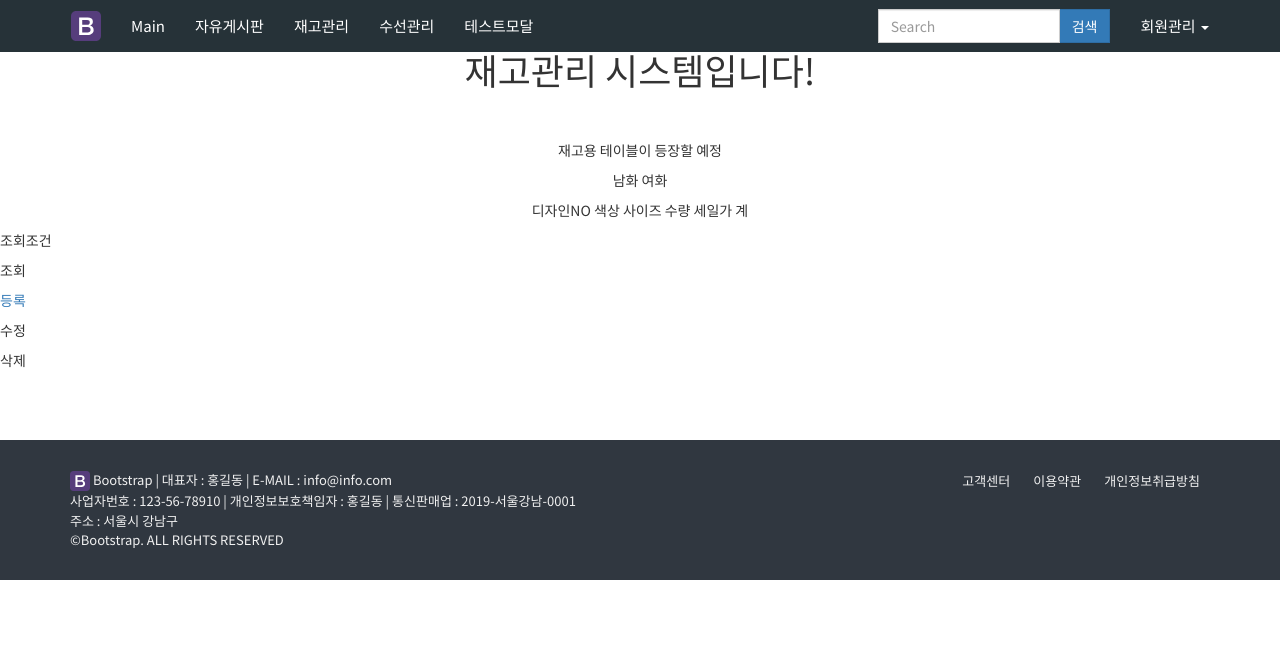
Repository: RattenLegs/Project_Inventory
Page: http://localhost/Project_Inventory/WEB-INF/views/inventoryboard/inventoryList.jsp
An editor plug-in stored every save of this project. The page is shown before and after the next save, followed by the edit.
The browser window is 1280 px wide. The pictures show the whole page.
Some web libraries are served in a nearby version. The page is served by Tomcat 9. Nobody is signed in. Other server files are loaded and not shown. The template is opened directly, without the code that normally fills it, so the values that code supplies are empty.

Above is the page before, as saved 2023-02-11 13:20:28.

### Project_Inventory/src/main/webapp/WEB-INF/views/inventoryboard/inventoryList.jsp
<%@ page language="java" contentType="text/html; charset=UTF-8"
	pageEncoding="UTF-8"%>
<!DOCTYPE html>
<html>
<head>
<meta charset="UTF-8">

<title>재고관리 시스템입니다.</title>
<%@ include file="../../views/include/header.jsp"%>
<link href="${pageContext.request.contextPath}/resources/modal/modal.css" rel="stylesheet">

</head>
<body>
	<section>
		<div style="text-align: center">
			<h1>재고관리 시스템입니다!</h1>
		</div>
	</section>
	<section>
		<div style="text-align: center">
			<p>재고용 테이블이 등장할 예정</p>
			<p>남화 여화</p>
			<p>디자인NO 색상 사이즈 수량 세일가 계</p>
		</div>

		<div>
			<p>조회조건</p>
			<p>조회</p>
			<p><a href="<c:url value='/inventoryboard/addInventory' />">등록</a></p>
			<p>수정</p>
			<p>삭제</p>
		</div>
	</section>
	<%@ include file="../../views/include/footer.jsp"%>
</body>

</html>

### Project_Inventory/src/main/webapp/WEB-INF/views/include/header.jsp
<%@ page language="java" contentType="text/html; charset=UTF-8"
	pageEncoding="UTF-8"%>
<%@ taglib uri="http://java.sun.com/jsp/jstl/core" prefix="c"%>

<!DOCTYPE html>
<html>
<head>

<meta charset="utf-8">
<meta http-equiv="X-UA-Compatible" content="IE=edge">
<meta name="viewport" content="width=device-width, initial-scale=1">

<!--
		${pageContext.request.contextPath} == <c:url value='' />
	 -->

<link
	href="${pageContext.request.contextPath}/resources/css/bootstrap.css"
	rel="stylesheet">
<script
	src="https://ajax.googleapis.com/ajax/libs/jquery/1.11.2/jquery.min.js"></script>
<!--개인 디자인 추가-->
<link href="${pageContext.request.contextPath}/resources/css/style.css"
	rel="stylesheet">
<script
	src="${pageContext.request.contextPath}/resources/js/bootstrap.js"></script>
</head>


<body>
	<header>
		<div class="container-fluid">
			<div class="row">
				<div class="container">
					<div class="navbar">
						<div class="navbar-header">
							<!--data-toggle 같은 것들은 내부적으로 지원하는 반응형 API기능이므로 지우면 안됩니다-->
							<button type="button" class="navbar-toggle"
								data-toggle="collapse" data-target="#myNavbar">
								<span class="icon-bar"></span> <span class="icon-bar"></span> <span
									class="icon-bar"></span>
							</button>
							<a class="navbar-brand" href="#"><img width="30"
								src="${pageContext.request.contextPath }/resources/img/logo.svg"
								alt="Brand"></a>
						</div>


						<div class="collapse navbar-collapse" id="myNavbar">
							<ul class="nav navbar-nav">
								<li class="active"><a href="<c:url value='/' />">Main</a></li>
								<li><a href="<c:url value='/freeboard/freeList' />">자유게시판</a></li>
								<li><a
									href="<c:url value='/inventoryboard/inventoryList' />">재고관리</a></li>
								<li><a href="<c:url value='/repairboard/repairList' />">수선관리</a></li>
								<li><a href="<c:url value='/testModal/testModalMain' />">테스트모달</a></li>
								<!--
				<li><a href="#">강의</a></li>
                                <li><a href="#">Form</a></li>
                                <li><a href="#">Board</a></li>
 				-->

							</ul>
							<ul class="nav navbar-nav navbar-right">
								<li class="dropdown"><a class="dropdown-toggle"
									data-toggle="dropdown" href="#">회원관리 <span class="caret"></span></a>
									<ul class="dropdown-menu">
										<li><a href="<c:url value='/user/userLogin' />"><span
												class="glyphicon glyphicon-log-in"></span>Login</a></li>
										<li><a href="<c:url value='/user/userJoin' />"><span
												class="glyphicon glyphicon-user"></span></a></li>
										<!--                                         <li><a href="#"><span class="glyphicon glyphicon-user"></span>MyPage</a></li> -->
										<li><a href="#"><span
												class="glyphicon glyphicon-log-out"></span>Logout</a></li>
									</ul></li>
							</ul>

							<form class="navbar-form navbar-right" action="">
								<div class="input-group">
									<input type="text" class="form-control" placeholder="Search">
									<div class="input-group-btn">

										<button class="btn btn-primary" type="submit">검색</button>
									</div>
								</div>
							</form>
						</div>
					</div>
				</div>
			</div>
		</div>
	</header>

### Project_Inventory/src/main/webapp/WEB-INF/views/include/footer.jsp
<%@ page language="java" contentType="text/html; charset=UTF-8"
    pageEncoding="UTF-8"%>
    <footer>
        <div class="container">
            <div class="row">
                <div class="col-md-7 col-sm-12">
                    <div class="copyright">
                        <a href="">
                            <img width="20" src="${pageContext.request.contextPath }/resources/img/logo.svg" alt="Brand">
                        </a>
                        Bootstrap | 대표자 : 홍길동 | E-MAIL : info&#64;info.com<br>
                        사업자번호 : 123-56-78910 | 개인정보보호책임자 : 홍길동 | 통신판매업 : 2019-서울강남-0001<br>
                        주소 : 서울시 강남구
                        <address>&copy;Bootstrap. ALL RIGHTS RESERVED</address>
                    </div>
                </div>
                <div class="col-md-5 col-sm-12 text-right">
                    <ul class="footer-menu">
                        <li><a href="#">고객센터</a></li>
                        <li><a href="#">이용약관</a></li>
                        <li><a href="#">개인정보취급방침</a></li>
                    </ul>
                </div>
            </div>
        </div>
    </footer>
    <!-- //footer -->

### Project_Inventory/src/main/webapp/resources/css/style.css
/*=========웹폰트 선언=========*/
@import
	url('https://fonts.googleapis.com/css?family=Noto+Sans+KR&display=swap')
	;
/*===========================*/

/*디자인 시작시 기본 선언*/
* { /* 기본선언: 마딩, 패딩 0, 요소크기에 padding, border값을 포함 x*/
	padding: 0;
	margin: 0;
	box-sizing: border-box;
}

body, html {
	width: 100%;
	min-width: 320px;
	font-family: 'Noto Sans KR', sans-serif; /*웹폰트 사용*/
}

img {
	max-width: 100%; /*사이즈가 변해도 넓이를 유지 */
	height: auto; /*사이즈가 변해도 높이를 유지 */
	/*vertical-align: top;*/
}

input, textarea, button, select {
	/*고유하게 적용되어있는 form관련 요소들을 제거해서 여러브라우저에서 동일한디자인을 얻게함*/
	-webkit-appearance: none;
	-moz-appearance: none;
	appearance: none;
	border: none
}

ul, ol, dl, li {
	list-style: none /*순서 요소들이 리스트스타일을 업앤다 */
}

.btn {
	border-radius: 0px;
}

/*=========헤더=========*/
.carousel-control.right, .carousel-control.left {
	background-image: linear-gradient(to right, rgba(0, 0, 0, .0001) 0%,
		rgba(0, 0, 0, 0) 100%)
}
header {
	position: fixed;
	left: 0;
	top: 0;
	width: 100%;
	z-index: 50; /*position을 이용하면 요소가 겹쳐질 수 있다. 숫자가 제일 높은값이 위로 떠오른다*/
}
header {
	background: #263238;
}

section {
	margin-top: 50px;
}

/*header 의 모든 컨테이너 클래스에 적용함 */
header .container {
	padding: 0;
}
/*navbar의 margin: 0으로 */
.navbar {
	margin-bottom: 0px;
}
/*이미지 위치 조정 */
.navbar-brand {
	padding: 10px 15px;
}
/*nav의 a변경*/
.nav>li>a {
	font-size: 15px;
	color: white;
}
/*na의 a 호버시 기능 변경 */
.nav>li>a:hover, .nav>li>a:focus {
	background-color: #304047;
}

/* 토글메뉴 윤곽색 변경 */
.navbar-toggle {
	border-color: white;
}

.navbar-toggle>.icon-bar {
	background-color: white;
}
/*개발자도구에서 확인후 색깔변경*/
.nav .open>a:focus {
	background-color: #304047;
}
/*부트스트랩의 드롭다운시 a태그 색상변경  */
.dropdown-menu>li>a {
	color: #f5f5f5;
}
/*======슬라이더=======*/
.slide-list {
	padding: 0;
}
/* ===================================
    Footer style
====================================== */
footer {
	margin-top: 70px;
	background-color: #303740;
	padding: 30px 0;
}

footer .copyright {
	font-size: 13px;
	line-height: 20px;
	color: #f1f1f1;
}

footer .copyright address {
	margin-bottom: 0;
}

footer .footer-menu li {
	display: inline-block;
	padding: 0 10px;
}

footer .footer-menu li a {
	display: block;
	color: #f1f1f1;
	font-size: 13px;
}

/*===========본문=========== */
/*섹션전체에 패딩 추가*/
section {
	/*위 60px 나머지 0 */

}

.prod-list, .prod-link {
	border: 1px solid #ddd; /*윤곽 1, 한줄, 색상 */
	display: block; /* 블락요소로 변경 반드시 필요 */
	text-align: center; /*이미지 가운데 정렬*/
	/* position: relative;*/
}
/*기본 부트설정은 좌우 15px임 -> col에 대해 전부 5px로 바꿔버린다*/
.prod-list, .prod-list>li[class*="col-"] {
	padding: 5px;
}

/*호버기능 추가*/
.prod-link:hover {
	border-color: #4285F4;
}

.prod-link>.arrow {
	display: block; /*span은 인라인 요소입니다 인라인요소는 position속성을 사용할수 없습니다*/
	position: absolute;
	/*원래 위치에서 따로 띠어내어 부모위치로 조정한다 width, heigth를 필수로 지정해야한다*/
	left: 15px; /*좌우 위치조정 left, right 중 한개만쓴다*/
	bottom: 15px; /*위아래 위치조정 top, bottom 중한개만 쓴다 */
	width: 36px; /* 넓이값 조정 */
	height: 36px; /* 높이값 조정*/
	line-height: 36px; /*텍스트가 위치에 맞게 높이와 동일하게 설정 */
	background-color: #ccc;
	color: #fff;
	opacity: 1; /*투명도*/
}
/* .hover클래스의 넓이 색상 투명도*/
.prod-link>.hover {
	width: 100px;
	background-color: #4285F4;
	opacity: 0;
}
/*link호버시 arrow클래스를 투명도 0*/
.prod-link:hover>.arrow {
	opacity: 0;
}
/*link호버시 hover클래스를 투명도 1*/
.prod-link:hover>.hover {
	opacity: 1;
}

/*========회원가입 폼 디자인=========*/
/*제목박스(계속사용) */
.titlebox {
	width: 250px;
	text-align: center;
	height: 40px;
	line-height: 40px;
	margin: 70px auto;
	border-top: 1px solid #E1E1E1;
	border-bottom: 1px solid #E1E1E1;
}

.join-form {
	margin: 0 auto;
	/*가운대 정렬방법 하지만 적용되지 않는다. 이유는 col클래스들이 float:left를 들고 있기 때문*/
	float: none; /*플롯을 해제한다. 가운대정렬이 들어간다*/
}
/*조인폼클래스의 form태그의 접근 */
.join-form form {
	border-radius: 8px; /*윤곽 8*/
	padding: 15px; /*모든 패딩 15*/
	/*박스 쉐도우: 그림자가 가로로떨어진간격, 세로로떨어진 간격, 흐릿정도, 그림자색상*/
	box-shadow: 0px 8px 16px rgba(0, 0, 0, 0.15)
}

.input-group-addon {
	padding: 0;
	border: none; /*윤곽 모두 0*/
	border-radius: 0;
}
/*폼컨트롤, 인풋그룹 내부에 모든 버튼 라디우스 0 */
.form-control, .form-group .btn {
	border-radius: 0;
}
/*포커스시 윤곽 색 변경*/
.form-control:focus {
	border-color: #555;
}
/* 핸드폰폼 디자인 */
.input-group .phone1 {
	width: 33.3333%;
}

.input-group .phone2 {
	width: 66.6666%;
}
/*이메일폼 디자인 */
.email-form {
	box-sizing: border-box;
	overflow: hidden;
}

.email-form input {
	width: 33.33%;
	float: left;
}

.email-form select {
	width: 66.66%;
	float: left;
}
/*=========로그인 디자인==========*/
.login-form {
	margin: 0 auto;
	float: none;
}

.login-form form {
	border-radius: 8px; /*윤곽 8*/
	padding: 70px 120px; /*위아래, 좌우*/
	/*박스 쉐도우: 그림자가 가로로떨어진간격, 세로로떨어진 간격, 흐릿정도, 그림자색상*/
	box-shadow: 0px 8px 16px rgba(0, 0, 0, 0.15);
	margin-bottom: 174px; /*화면에 딱맞게 밀어준다*/
}

/*========회원정보 디자인=========*/
.m-control .m-title {
	min-width: 100px; /*화면줄었을때 최소크기*/
	vertical-align: middle; /*가운대 정렬*/
}

.m-control .form-control {
	width: 200px;
	display: inline; /*인라인요소로 변경한다*/
}
/*개발자 도구에서 input-sm의 정렬을 푼다*/
.m-control .input-sm {
	height: auto;
	line-height: normal;
}
/*sel의 크기만 지정*/
.m-control  .sel {
	width: 80px;
}

.m-control .add {
	width: 400px;
}

.titlefoot {
	text-align: center; /*인라인의 텍스트정렬 가운데*/
	margin: 30px auto; /*박스의 가운데정렬*/
	width: 50%; /*크기 50%*/
}

/*==========자게 디자인==========*/
.titlebox {
	width: 250px;
	text-align: center;
	height: 40px;
	line-height: 40px;
	margin: 70px auto;
	border-top: 1px solid #E1E1E1;
	border-bottom: 1px solid #E1E1E1;
}
/*자게 그리드*/
.board-table {
	float: none; /*col의 플로팅 해제 */
	margin: 0 auto;
}
/*---검색버튼--- */
.search-wrap {
	overflow: hidden; /*부모요소에 히든 */
	margin-bottom: 20px;
}

.search-btn, .search-input, .search-select {
	float: right; /*우측 플로팅 */
}

.search-input {
	width: 140px;
}

.search-select {
	width: 80px;
}

/*제목에 클래스를 줘서 강제로 크기 고정*/
.board-title {
	width: 300px;
}
/*th의 순차적 접근 색상변경 */
.table-bordered>thead>tr>th {
	background-color: #E7F2F9;
	color: #003366;
}

/*테이블 안에 a태그에 순차적 접근 */
.table-bordered>tbody>tr>td>a, .table-bordered>tbody>tr>td>a:hover {
	color: black;
}

.pagination {
	margin: 0; /*페이지 네이션의 기본 마진 0*/
}

.text-center .btn {
	float: right; /*오른쪽으로 쌓아서 우측정렬 시킨다*/
	border: 0; /*border스타일 해제*/
	border-radius: 0; /*윤곽 0*/
	padding: 5px 10px; /*버튼 패딩을 페이지네이션과 맞춘다*/
}

/*==========자게 글쓰기==========*/
.titlebox {
	width: 250px;
	text-align: center;
	height: 40px;
	line-height: 40px;
	margin: 70px auto;
	border-top: 1px solid #E1E1E1;
	border-bottom: 1px solid #E1E1E1;
}

.t-control .t-title {
	width: 100px;
	min-width: 100px; /*화면줄었을때 최소크기*/
	vertical-align: middle; /*테이블에서 세로 가운대정렬*/
}

/*input 요소의 넓이만 선택*/
.t-control input {
	width: 200px;
	display: inline; /*인라인요소로 변경한다*/
}

/*개발자 도구에서 input-sm의 정렬을 푼다*/
.t-control .input-sm {
	height: auto;
	line-height: normal;
}
/*td의 아래만 밑줄*/
.t-control td {
	border-bottom: 1px solid #E1E1E1;
}

.titlefoot {
	text-align: center;
	margin: 30px auto; /*박스의 가운데정렬*/
	width: 50%; /*크기 50%*/
}
/*==========자게 상세보기==========*/
.write-wrap {
	margin: 0 auto;
	/*가운대 정렬방법 하지만 적용되지 않는다. 이유는 col클래스들이 float:left를 들고 있기 때문*/
	float: none; /*플롯을 해제한다. 가운대정렬이 들어간다*/
}
/*=======댓글========*/
.reply-wrap {
	background-color: #f5f5f5;
	padding: 15px;
	border: 1px solid #ddd;
	position: relative; /*부모에 relative*/
}

.reply-wrap .reply-image {
	position: absolute; /*자식에서 absolute로 부모요소 위치로 조정*/
	left: 15px;
	top: 15px;
}

.reply-wrap .reply-content {
	padding-left: 60px;
}
/*부트스트랩의 form-control 조정 */
.reply-content>.form-control {
	resize: vertical; /*세로로만 조정가능*/
	width: 100%; /*최대 100%*/
	min-height: 80px; /*최대 넓이*/
	margin-bottom: 10px;
}

.reply-input>.form-control {
	width: 200px;
	margin-bottom: 5px;
}

.reply-group {
	overflow: hidden;
}

.reply-input {
	float: left;
}

.reply-group .right {
	float: right;
}

/*댓글 영역*/
.reply-group small {
	margin-left: 10px;
	height: 20px;
	line-height: 20px;
}

.reply-group small, .reply-group strong {
	float: left;
}

.reply-group a {
	text-decoration: none;
	color: #777;
	float: right;
}
/*댓글창 포커스시 서서히 보이기 */
.reply-content textarea {
	height: 50px;
	transition: height .4s ease-in-out;
}

.reply-content textarea:focus {
	height: 150px;
}
/*==========토글탭 mypage==========*/
.tabs-style {
	background-color: #607D8B;
}
/*탭버튼 아래 마진 50*/
.tabs-style {
	margin-bottom: 50px;
}

.tabs-style>li {
	margin-bottom: 0;
}

.tabs-style li a {
	background-color: #607D8B;
	border: none;
	margin: 0;
	border-radius: 0px;
}

.tabs-style li.active a, .tabs-style li.active a:hover, .tabs-style li.active a:focus
	{
	border: none;
	background-color: #56707D;
	color: #fff;
}

.myInfo {
	margin: 0 auto;
	float: none;
}

.myInfo-inner {
	margin: 0;
	float: none;
}

/*==========mypage check==========*/
.infoCheck {
	margin: 0 auto;
	float: none;
}

.infoCheck-form ul {
	width: 270px;
	margin: 0 auto;
}

.infoCheck-form li {
	position: relative;
	padding-left: 95px;
}

.infoCheck-form li .lab {
	font-size: 20px;
	position: absolute;
	top: 0;
	left: 0;
}

.infoCheck-form input {
	width: 170px;
	margin: 0;
}

.infoCheck .alert {
	margin-bottom: 50px;
	border-radius: 0;
}

.infoCheck-btn {
	width: 270px;
	margin-top: 40px;
	margin: 0 auto;
}

.infoCheck-btn button {
	margin-top: 20px;
	padding: 5px 51.5px;
}

### Project_Inventory/src/main/webapp/resources/img/logo.svg
<svg xmlns="http://www.w3.org/2000/svg" viewBox="0 0 612 612" focusable="false" role="img">
  <title>Bootstrap</title>
  <path fill="#563D7C" d="M612 510c0 56.1-45.9 102-102 102H102C45.9 612 0 566.1 0 510V102C0 45.9 45.9 0 102 0h408c56.1 0 102 45.9 102 102v408z"/>
  <path fill="#FFF" d="M166.3 133h173.5c32 0 57.7 7.3 77 22s29 36.8 29 66.5c0 18-4.4 33.4-13.2 46.2-8.8 12.8-21.4 22.8-37.8 29.8v1c22 4.7 38.7 15.1 50 31.2 11.3 16.2 17 36.4 17 60.8 0 14-2.5 27.1-7.5 39.2-5 12.2-12.8 22.7-23.5 31.5s-24.3 15.8-41 21-36.5 7.8-59.5 7.8h-164V133zm62.5 149.5h102c15 0 27.5-4.2 37.5-12.8s15-20.8 15-36.8c0-18-4.5-30.7-13.5-38s-22-11-39-11h-102v98.6zm0 156.5h110.5c19 0 33.8-4.9 44.2-14.8 10.5-9.8 15.8-23.8 15.8-41.8 0-17.7-5.2-31.2-15.8-40.8s-25.2-14.2-44.2-14.2H228.8V439z"/>
</svg>

### Project_Inventory/src/main/webapp/resources/modal/modal.css
.background {
	position: fixed;
	top: 0;
	left: 0;
	width: 100%;
	height: 100vh;
	background-color: rgba(0, 0, 0, 0.3);
	z-index: 1000;
	/* 숨기기 */
	z-index: -1;
	opacity: 0;
}

.modalOpen {
	opacity: 1;
	z-index: 1000;
	transition: all .5s;
}

.window {
	position: relative;
	width: 100%;
	height: 100%;
}

.modalyes {
	position: absolute;
	top: 50%;
	left: 50%;
	transform: translate(-50%, -50%);
	background-color: #ffffff;
	box-shadow: 0 2px 7px rgba(0, 0, 0, 0.3);
	/* 임시 지정 */
	width: 50%;
	height: 50%;
	/* 초기에 약간 아래에 배치 */
	transform: translate(-50%, -40%);
}

.modalOpen .modalyes {
	transform: translate(-50%, -50%);
	transition: all .5s;
}

Loaded but not shown: Project_Inventory/src/main/webapp/resources/css/bootstrap.css (library); Project_Inventory/src/main/webapp/resources/js/bootstrap.js (library)

After the next save:
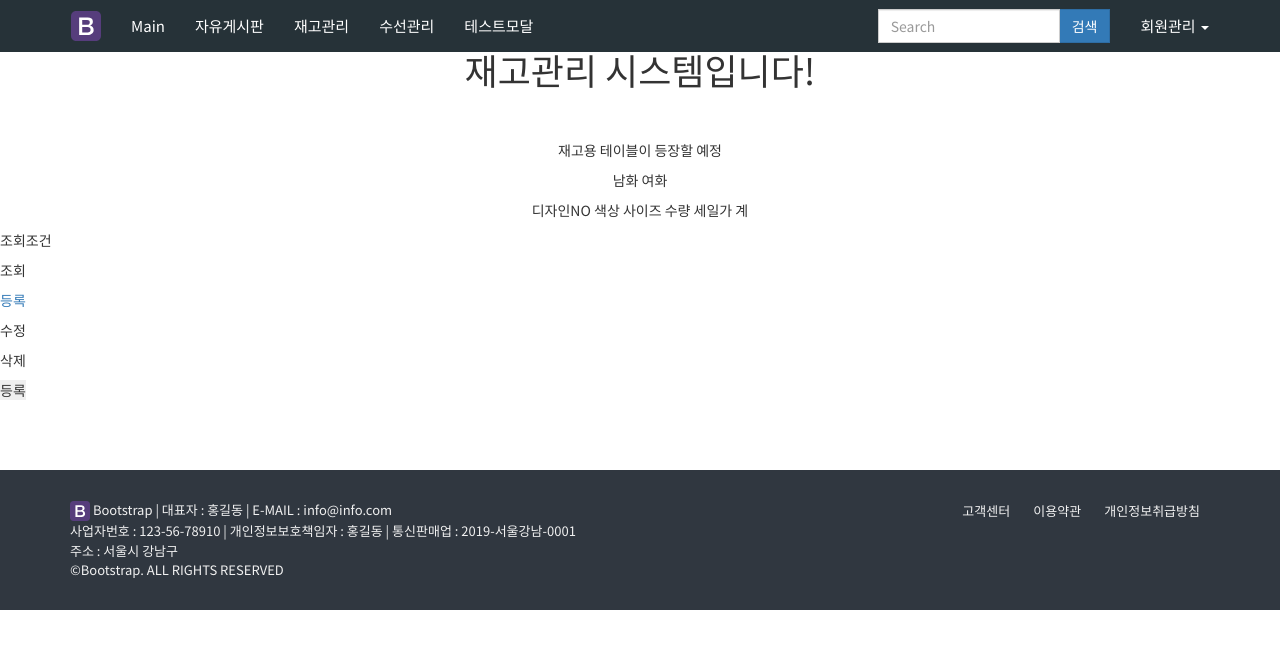
Saved 34 s later.
--- a/Project_Inventory/src/main/webapp/WEB-INF/views/inventoryboard/inventoryList.jsp
+++ b/Project_Inventory/src/main/webapp/WEB-INF/views/inventoryboard/inventoryList.jsp
@@ -30,6 +30,38 @@
 			<p>수정</p>
 			<p>삭제</p>
 		</div>
+
+				<button id="modalOpen">등록</button>
+
+		<div class="background">
+			<div class="window">
+				<div class="modalyes">
+					<form action="/repairboard/addRepairCheck" method="post">
+						<fieldset>
+							<legend>등록 양식</legend>
+							<p>
+
+								# 번호 <input type="text" name="num" size="10"> <br>
+								# 접수일 <input type="text" name="startDay" size="10"> <br>
+								# 이름 <input type="text" name="name" size="10"> <br>
+								# 연락처 <input type="text" name="phoneNumber" size="10"> <br>
+								# 디자인 <input type="text" name="design" size="10"> <br>
+								# 내용 <input type="text" name="text" size="10"> <br>
+								# 약속일 <input type="text" name="promiseDay" size="10"> <br>
+								# 납품일 <input type="text" name="endDay" size="10"> <br>
+								# 비고 <input type="text" name="etc" size="10"> <br>
+
+								<input type="submit" value="등록">
+							</p>
+						</fieldset>
+
+					</form>
+
+					<button id="modalClose">모달 닫기</button>
+				</div>
+			</div>
+		</div>
+
 	</section>
 	<%@ include file="../../views/include/footer.jsp"%>
 </body>
